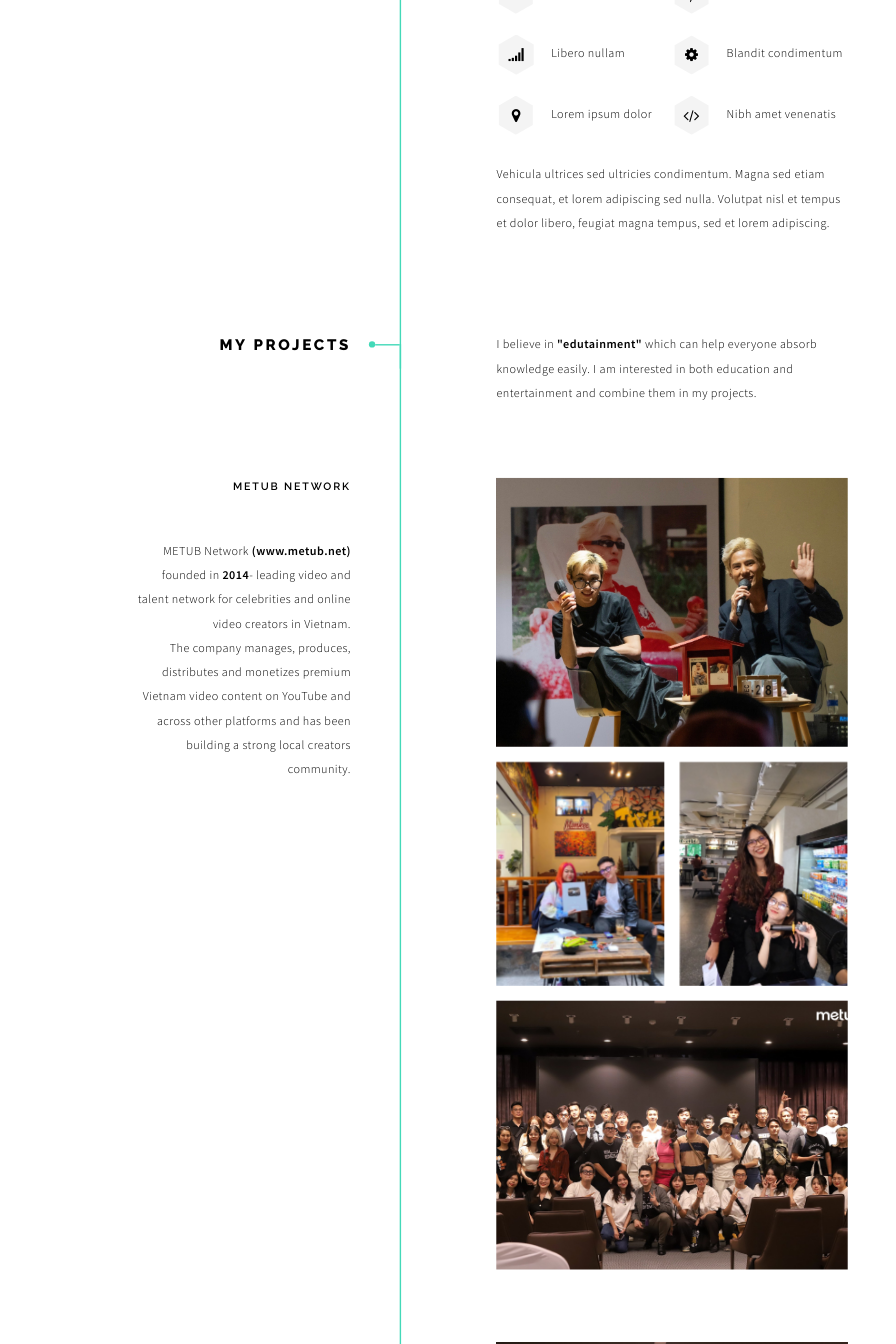
Repository: leonardin999/linh-porfolios
Page: index.html
An editor plug-in stored every save of this project. The page is shown before and after the next save, followed by the edit.
The browser window is 1280 px wide. The pictures show the part of the page from y = 3062 to 4982 px (the page is 7878 px tall), at 70% of full size.

Above is the page before, as saved 2023-01-24 20:47:34.

### index.html
<!DOCTYPE html>
<!--
	Paradigm Shift by HTML5 UP
	html5up.net | @ajlkn
	Free for personal and commercial use under the CCA 3.0 license (html5up.net/license)
-->
<html>
  <head>
    <title>Linh's Porfolio</title>
    <meta charset="utf-8" />
    <meta
      name="viewport"
      content="width=device-width, initial-scale=1, user-scalable=no"
    />
    <meta name="description" content="" />
    <meta name="keywords" content="" />
    <link rel="stylesheet" href="assets/css/main.css" />
  </head>
  <body class="is-preload">
    <!-- Wrapper -->
    <div id="wrapper">
      <!-- Intro -->
      <section class="intro">
        <header>
          <h1>PARTNERSHIP MARKETING EXECUTIVE</h1>
          <p>
            I'm interested in marketing. What I'm attempting to do is increase my abilities, contribute to business development, and satisfy client demand.
          </p>
          <ul class="actions">
            <li>
              <a href="#first" class="arrow scrolly"
                ><span class="label">Next</span></a
              >
            </li>
          </ul>
        </header>
        <div class="content">
          <span class="image fill" data-position="center"
            ><img src="images/pic01.jpg" alt=""
          /></span>
        </div>
      </section>

      <!-- Section -->
      <section id="first">
        <header>
          <h2>Experiences</h2>
        </header>
        <div class="content">
            <strong>METUB NETWORK | May, 2021 - Present</strong>
            <br><strong>Partnership Marketing Executive</strong></br>
            <ul class="">
              <li class="">Create awareness of marketing campaigns to train and educate YouTube creators to grow their channels</li>
              <li class="">Write copy for diverse marketing distributions (posters, Facebook posts for events, newsletters)</li>
              <li class="">Work closely with in-house Creative team to design marketing materials such as brochures, deck templates, newsletters, event posters</li>
              <li class="">Support in producing Monthly Newsletters to creators and YouTube partners, highlighting trending content and YouTube platform updates</li>
              <li class="">Support in partner- related projects and workshops as assigned by direct manager</li>
              <li class="">Support in organizing workshops in terms of marketing materials (banners, social posts, email invites), and logistics (gifting, venue sourcing, events planning) and induction content.</li>
              <li class="">Coordinate in Brand barter deals with Accounts team and Partner Management team</li>
            </ul>

            <strong>TEDxĐaKao | Nov, 2018 - Present</strong>
            <br><strong>Assistant to Organizer</strong></br>
            <ul class="">
              <li class="">Conduct overall marketing and growth plans in conjunction with the team; Mainly about building, branding and promoting information of TEDxĐaKao Speakers/ Ideas worth spreading.</li>
              <li class="">Scan the market for leads, ensure rigorous follow-ups and meetings</li>
              <li class="">Work closely with in-house Creative team to design marketing materials such as brochures, deck templates, newsletters, event posters</li>
              <li class="">Monitor industry activity and market trends relevant to the sponsorship of TEDxĐaKao</li>
              <li class="">Identify and execute pre-event, during events, and post-event stories, potential workshops/campaign and build growth campaign for TEDxĐaKao speakers + community - leading enriching community campaigns</li>
              <li class="">Support in organizing workshops in terms of marketing materials (banners, social posts, email invites), and logistics (gifting, venue sourcing, events planning) and induction content.</li>
              <li class="">A critical part of the role is client servicing – to be able to deliver on pre-agreed deliverables from both parties</li>
            </ul>


            <strong>Self Project | Oct, 2019 - Present</strong>
            <br><strong>Content Creator</strong></br>
            <div>
              <span>IG @foxdaholic | Oct, 2019 to Dec, 2022</span>
              <span><br>IG @vuumylinh  | Nov, 2022 to Present</br></span>
            </div>
            <ul class="">
              <li class="">Collaborate in Brand barter deals with F&B brand ands agencies.</li>
              <li class="">Take architectural photographs of restaurants and photographs of food and drinks.</li>
              <li class="">Share my own opinion about restaurants and their products in verbal.</li>
              <li class="">Do research into trending food and daily writing in an engaging way to attract readers.</li>
            </ul>
          </p>
        </div>
      </section>

      <!-- Section -->
      <section>
        <header>
          <h2>Feugiat consequat tempus ultrices</h2>
        </header>
        <div class="content">
          <p>
            <strong>Etiam tristique libero</strong> eu nibh porttitor amet
            fermentum. Nullam venenatis erat id vehicula ultrices sed ultricies
            condimentum.
          </p>
          <ul class="feature-icons">
            <li class="icon fa-laptop">Consequat tempus</li>
            <li class="icon fa-bolt">Etiam adipiscing</li>
            <li class="icon fa-signal">Libero nullam</li>
            <li class="icon fa-gear">Blandit condimentum</li>
            <li class="icon fa-map-marker">Lorem ipsum dolor</li>
            <li class="icon fa-code">Nibh amet venenatis</li>
          </ul>
          <p>
            Vehicula ultrices sed ultricies condimentum. Magna sed etiam
            consequat, et lorem adipiscing sed nulla. Volutpat nisl et tempus et
            dolor libero, feugiat magna tempus, sed et lorem adipiscing.
          </p>
        </div>
      </section>

      <!-- Section -->
      <section>
        <header>
          <h2>My Projects</h2>
        </header>
        <div class="content">
          <p>
            I believe in <strong>"edutainment"</strong> which can help everyone absorb knowledge easily.
            I am interested in both education and entertainment and combine them in my projects.
          </p>

          <!-- Section -->
          <section>
            <header>
              <h3>metub  network</h3>
              <p>
                <br>METUB Network <strong>(www.metub.net)</strong> founded in <strong>2014</strong>- leading video and talent network for celebrities and online video creators in Vietnam.
                <br>The company manages, produces, distributes and monetizes premium Vietnam video content on YouTube and across other platforms and has been building a strong local creators community.</p>
            </header>
            <div class="content">
              <div class="gallery">
                <a href="images/gallery/fulls/01.jpg" class="landscape"
                  ><img src="images/gallery/thumbs/01.jpg" alt=""
                /></a>
                <a href="images/gallery/fulls/02.jpg"
                  ><img src="images/gallery/thumbs/02.jpg" alt=""
                /></a>
                <a href="images/gallery/fulls/03.jpg"
                  ><img src="images/gallery/thumbs/03.jpg" alt=""
                /></a>
                <a href="images/gallery/fulls/04.jpg" class="landscape"
                  ><img src="images/gallery/thumbs/04.jpg" alt=""
                /></a>
              </div>
            </div>
          </section>

          <!-- Section -->
          <section>
            <header>
              <h3>Nisl consequat</h3>
              <p>
                Aenean ornare velit lacus, ac varius enim ullamcorper eu. Proin
                aliquam sed facilisis ante interdum congue. Integer mollis, nisl
                amet convallis, porttitor magna ullamcorper, amet mauris. Ut
                magna finibus nisi nec lacinia ipsum maximus.
              </p>
            </header>
            <div class="content">
              <div class="gallery">
                <a href="images/gallery/fulls/05.jpg" class="landscape"
                  ><img src="images/gallery/thumbs/05.jpg" alt=""
                /></a>
                <a href="images/gallery/fulls/06.jpg"
                  ><img src="images/gallery/thumbs/06.jpg" alt=""
                /></a>
                <a href="images/gallery/fulls/07.jpg"
                  ><img src="images/gallery/thumbs/07.jpg" alt=""
                /></a>
              </div>
            </div>
          </section>

          <!-- Section -->
          <section>
            <header>
              <h3>Lorem gravida</h3>
              <p>
                Proin aliquam facilisis ante interdum. Sed nulla amet lorem
                feugiat tempus aenean ornare velit lacus, ac varius sed enim
                lorem ullamcorper dolore. ac varius enim lorem ullamcorper
                dolore. Proin aliquam facilisis.
              </p>
            </header>
            <div class="content">
              <div class="gallery">
                <a href="images/gallery/fulls/08.jpg" class="portrait"
                  ><img src="images/gallery/thumbs/08.jpg" alt=""
                /></a>
                <a href="images/gallery/fulls/09.jpg" class="portrait"
                  ><img src="images/gallery/thumbs/09.jpg" alt=""
                /></a>
                <a href="images/gallery/fulls/10.jpg" class="landscape"
                  ><img src="images/gallery/thumbs/10.jpg" alt=""
                /></a>
              </div>
            </div>
          </section>
        </div>
      </section>

      <!-- Section -->
      <section>
        <header>
          <h2>Duis sed adpiscing veroeros amet</h2>
        </header>
        <div class="content">
          <p>
            <strong>Proin tempus feugiat</strong> sed varius enim lorem
            ullamcorper dolore aliquam aenean ornare velit lacus, ac varius enim
            lorem ullamcorper dolore.
          </p>
          <ul class="actions">
            <li><a href="#" class="button primary large">Get Started</a></li>
            <li><a href="#" class="button large">Learn More</a></li>
          </ul>
        </div>
      </section>

      <!-- Elements -->
      <!--
					<section>
						<header>
							<h2>Elements</h2>
						</header>
						<div class="content">

							<section>
								<header>
									<h3>Text</h3>
								</header>
								<div class="content">
									<p>This is <b>bold</b> and this is <strong>strong</strong>. This is <i>italic</i> and this is <em>emphasized</em>.
									This is <sup>superscript</sup> text and this is <sub>subscript</sub> text.
									This is <u>underlined</u> and this is code: <code>for (;;) { ... }</code>. Finally, <a href="#">this is a link</a>.</p>
									<hr />
									<h2>Heading Level 2</h2>
									<h3>Heading Level 3</h3>
									<h4>Heading Level 4</h4>
									<h5>Heading Level 5</h5>
									<hr />
									<h5>Blockquote</h5>
									<blockquote>Fringilla nisl. Donec accumsan interdum nisi, quis tincidunt felis sagittis eget tempus euismod. Vestibulum ante ipsum primis in faucibus vestibulum. Blandit adipiscing eu felis iaculis volutpat ac adipiscing accumsan faucibus. Vestibulum ante ipsum primis in faucibus lorem ipsum dolor sit amet nullam adipiscing eu felis.</blockquote>
									<h5>Preformatted</h5>
									<pre><code>i = 0;

while (!deck.isInOrder()) {
  print 'Iteration ' + i;
  deck.shuffle();
  i++;
}

print 'Sorted in ' + i + ' iterations.';</code></pre>
								</div>
							</section>

							<section>
								<header>
									<h3>Lists</h3>
								</header>
								<div class="content">

									<h4>Unordered</h4>
									<ul>
										<li>Dolor pulvinar etiam.</li>
										<li>Sagittis adipiscing.</li>
										<li>Felis enim feugiat.</li>
									</ul>

									<h4>Alternate</h4>
									<ul class="alt">
										<li>Dolor pulvinar etiam.</li>
										<li>Sagittis adipiscing.</li>
										<li>Felis enim feugiat.</li>
									</ul>

									<h4>Ordered</h4>
									<ol>
										<li>Dolor pulvinar etiam.</li>
										<li>Etiam vel felis viverra.</li>
										<li>Felis enim feugiat.</li>
										<li>Dolor pulvinar etiam.</li>
										<li>Etiam vel felis lorem.</li>
										<li>Felis enim et feugiat.</li>
									</ol>
									<h4>Icons</h4>
									<ul class="icons">
										<li><a href="#" class="icon fa-twitter"><span class="label">Twitter</span></a></li>
										<li><a href="#" class="icon fa-facebook"><span class="label">Facebook</span></a></li>
										<li><a href="#" class="icon fa-instagram"><span class="label">Instagram</span></a></li>
										<li><a href="#" class="icon fa-github"><span class="label">Github</span></a></li>
									</ul>

									<h4>Actions</h4>
									<ul class="actions">
										<li><a href="#" class="button primary">Default</a></li>
										<li><a href="#" class="button">Default</a></li>
									</ul>
									<ul class="actions stacked">
										<li><a href="#" class="button primary">Default</a></li>
										<li><a href="#" class="button">Default</a></li>
									</ul>
								</div>
							</section>

							<section>
								<header>
									<h3>Table</h3>
								</header>
								<div class="content">
									<h4>Default</h4>
									<div class="table-wrapper">
										<table>
											<thead>
												<tr>
													<th>Name</th>
													<th>Description</th>
													<th>Price</th>
												</tr>
											</thead>
											<tbody>
												<tr>
													<td>Item One</td>
													<td>Ante turpis integer aliquet porttitor.</td>
													<td>29.99</td>
												</tr>
												<tr>
													<td>Item Two</td>
													<td>Vis ac commodo adipiscing arcu aliquet.</td>
													<td>19.99</td>
												</tr>
												<tr>
													<td>Item Three</td>
													<td> Morbi faucibus arcu accumsan lorem.</td>
													<td>29.99</td>
												</tr>
												<tr>
													<td>Item Four</td>
													<td>Vitae integer tempus condimentum.</td>
													<td>19.99</td>
												</tr>
												<tr>
													<td>Item Five</td>
													<td>Ante turpis integer aliquet porttitor.</td>
													<td>29.99</td>
												</tr>
											</tbody>
											<tfoot>
												<tr>
													<td colspan="2"></td>
													<td>100.00</td>
												</tr>
											</tfoot>
										</table>
									</div>

									<h4>Alternate</h4>
									<div class="table-wrapper">
										<table class="alt">
											<thead>
												<tr>
													<th>Name</th>
													<th>Description</th>
													<th>Price</th>
												</tr>
											</thead>
											<tbody>
												<tr>
													<td>Item One</td>
													<td>Ante turpis integer aliquet porttitor.</td>
													<td>29.99</td>
												</tr>
												<tr>
													<td>Item Two</td>
													<td>Vis ac commodo adipiscing arcu aliquet.</td>
													<td>19.99</td>
												</tr>
												<tr>
													<td>Item Three</td>
													<td> Morbi faucibus arcu accumsan lorem.</td>
													<td>29.99</td>
												</tr>
												<tr>
													<td>Item Four</td>
													<td>Vitae integer tempus condimentum.</td>
													<td>19.99</td>
												</tr>
												<tr>
													<td>Item Five</td>
													<td>Ante turpis integer aliquet porttitor.</td>
													<td>29.99</td>
												</tr>
											</tbody>
											<tfoot>
												<tr>
													<td colspan="2"></td>
													<td>100.00</td>
												</tr>
											</tfoot>
										</table>
									</div>
								</div>
							</section>

							<section>
								<header>
									<h3>Buttons</h3>
								</header>
								<div class="content">
									<ul class="actions">
										<li><a href="#" class="button primary">Primary</a></li>
										<li><a href="#" class="button">Default</a></li>
									</ul>
									<ul class="actions">
										<li><a href="#" class="button large">Large</a></li>
										<li><a href="#" class="button">Default</a></li>
										<li><a href="#" class="button small">Small</a></li>
									</ul>
									<ul class="actions">
										<li><a href="#" class="button primary icon fa-download">Icon</a></li>
										<li><a href="#" class="button icon fa-download">Icon</a></li>
									</ul>
									<ul class="actions">
										<li><span class="button primary disabled">Disabled</span></li>
										<li><span class="button disabled">Disabled</span></li>
									</ul>
								</div>
							</section>

							<section>
								<header>
									<h3>Form</h3>
								</header>
								<div class="content">
									<form method="post" action="#">
										<div class="fields">
											<div class="field half">
												<label for="demo-name">Name</label>
												<input type="text" name="demo-name" id="demo-name" value="" placeholder="Jane Doe" />
											</div>
											<div class="field half">
												<label for="demo-email">Email</label>
												<input type="email" name="demo-email" id="demo-email" value="" placeholder="jane@untitled.tld" />
											</div>
											<div class="field">
												<label for="demo-category">Category</label>
												<select name="demo-category" id="demo-category">
													<option value="">-</option>
													<option value="1">Manufacturing</option>
													<option value="1">Shipping</option>
													<option value="1">Administration</option>
													<option value="1">Human Resources</option>
												</select>
											</div>
											<div class="field half">
												<input type="radio" id="demo-priority-low" name="demo-priority" checked>
												<label for="demo-priority-low">Low</label>
											</div>
											<div class="field half">
												<input type="radio" id="demo-priority-high" name="demo-priority">
												<label for="demo-priority-high">High</label>
											</div>
											<div class="field half">
												<input type="checkbox" id="demo-copy" name="demo-copy">
												<label for="demo-copy">Email me a copy</label>
											</div>
											<div class="field half">
												<input type="checkbox" id="demo-human" name="demo-human" checked>
												<label for="demo-human">Not a robot</label>
											</div>
											<div class="field">
												<label for="demo-message">Message</label>
												<textarea name="demo-message" id="demo-message" placeholder="Enter your message" rows="6"></textarea>
											</div>
										</div>
										<ul class="actions">
											<li><input type="submit" value="Send Message" class="primary" /></li>
											<li><input type="reset" value="Reset" /></li>
										</ul>
									</form>
								</div>
							</section>

						</div>
					</section>
				-->

      <!-- Section -->
      <section>
        <header>
          <h2>Get in touch</h2>
        </header>
        <div class="content">
          <p>
            <strong>Auctor commodo</strong> interdum et malesuada fames ac ante
            ipsum primis in faucibus. Pellentesque venenatis dolor imperdiet
            dolor mattis sagittis.
          </p>
          <form>
            <div class="fields">
              <div class="field half">
                <input type="text" name="name" id="name" placeholder="Name" />
              </div>
              <div class="field half">
                <input
                  type="email"
                  name="email"
                  id="email"
                  placeholder="Email"
                />
              </div>
              <div class="field">
                <textarea
                  name="message"
                  id="message"
                  placeholder="Message"
                  rows="7"
                ></textarea>
              </div>
            </div>
            <ul class="actions">
              <li>
                <input
                  type="submit"
                  value="Send Message"
                  class="button primary"
                />
              </li>
            </ul>
          </form>
        </div>
        <footer>
          <ul class="items">
            <li>
              <h3>Email</h3>
              <a href="#">information@untitled.ext</a>
            </li>
            <li>
              <h3>Phone</h3>
              <a href="#">(000) 000-0000</a>
            </li>
            <li>
              <h3>Address</h3>
              <span>1234 Somewhere Road, Nashville, TN 00000</span>
            </li>
            <li>
              <h3>Elsewhere</h3>
              <ul class="icons">
                <li>
                  <a href="#" class="icon fa-twitter"
                    ><span class="label">Twitter</span></a
                  >
                </li>
                <li>
                  <a href="#" class="icon fa-facebook"
                    ><span class="label">Facebook</span></a
                  >
                </li>
                <li>
                  <a href="#" class="icon fa-instagram"
                    ><span class="label">Instagram</span></a
                  >
                </li>
                <li>
                  <a href="#" class="icon fa-linkedin"
                    ><span class="label">LinkedIn</span></a
                  >
                </li>
                <li>
                  <a href="#" class="icon fa-github"
                    ><span class="label">GitHub</span></a
                  >
                </li>
                <li>
                  <a href="#" class="icon fa-codepen"
                    ><span class="label">Codepen</span></a
                  >
                </li>
              </ul>
            </li>
          </ul>
        </footer>
      </section>

      <!-- Copyright -->
      <div class="copyright">
        &copy; Untitled. All rights reserved. Design:
        <a href="https://html5up.net">HTML5 UP</a>. Distributed by
        <a href="https://themewagon.com/">ThemeWagon</a>
      </div>
    </div>

    <!-- Scripts -->
    <script src="assets/js/jquery.min.js"></script>
    <script src="assets/js/jquery.scrolly.min.js"></script>
    <script src="assets/js/browser.min.js"></script>
    <script src="assets/js/breakpoints.min.js"></script>
    <script src="assets/js/util.js"></script>
    <script src="assets/js/main.js"></script>
  </body>
</html>

Loaded but not shown: assets/css/font-awesome.min.css (library); assets/js/jquery.min.js (library); assets/js/jquery.scrolly.min.js (common file); assets/js/browser.min.js (common file); assets/js/breakpoints.min.js (common file); assets/js/util.js (587 lines, source omitted); assets/js/main.js (208 lines, source omitted); assets/css/main.css (3922 lines, source omitted)

After the next save:
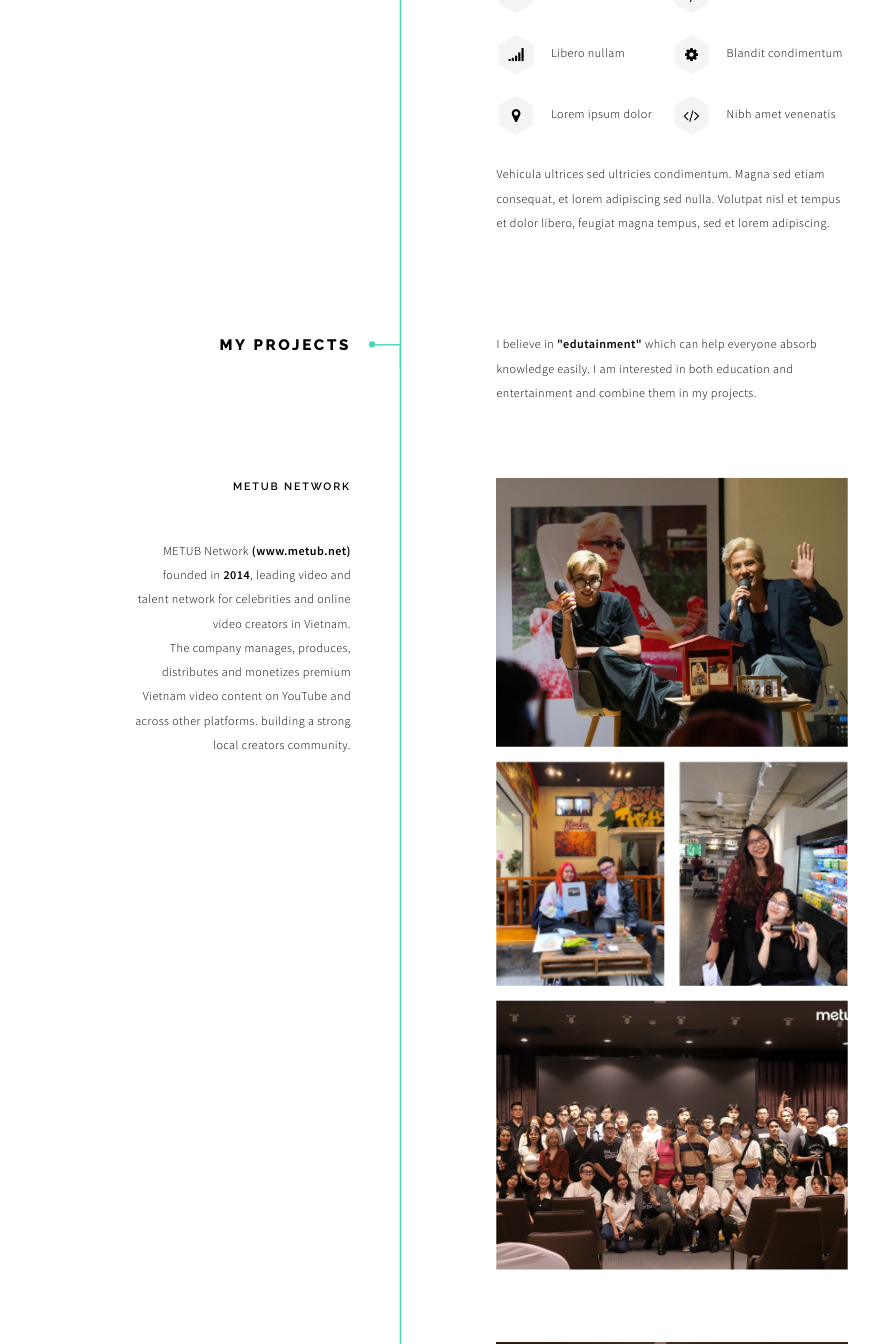
Saved 45 s later.
--- a/index.html
+++ b/index.html
@@ -131,8 +131,8 @@
             <header>
               <h3>metub  network</h3>
               <p>
-                <br>METUB Network <strong>(www.metub.net)</strong> founded in <strong>2014</strong>- leading video and talent network for celebrities and online video creators in Vietnam.
-                <br>The company manages, produces, distributes and monetizes premium Vietnam video content on YouTube and across other platforms and has been building a strong local creators community.</p>
+                <br>METUB Network <strong>(www.metub.net)</strong> founded in <strong>2014</strong>, leading video and talent network for celebrities and online video creators in Vietnam.
+                <br>The company manages, produces, distributes and monetizes premium Vietnam video content on YouTube and across other platforms. building a strong local creators community.</p>
             </header>
             <div class="content">
               <div class="gallery">
